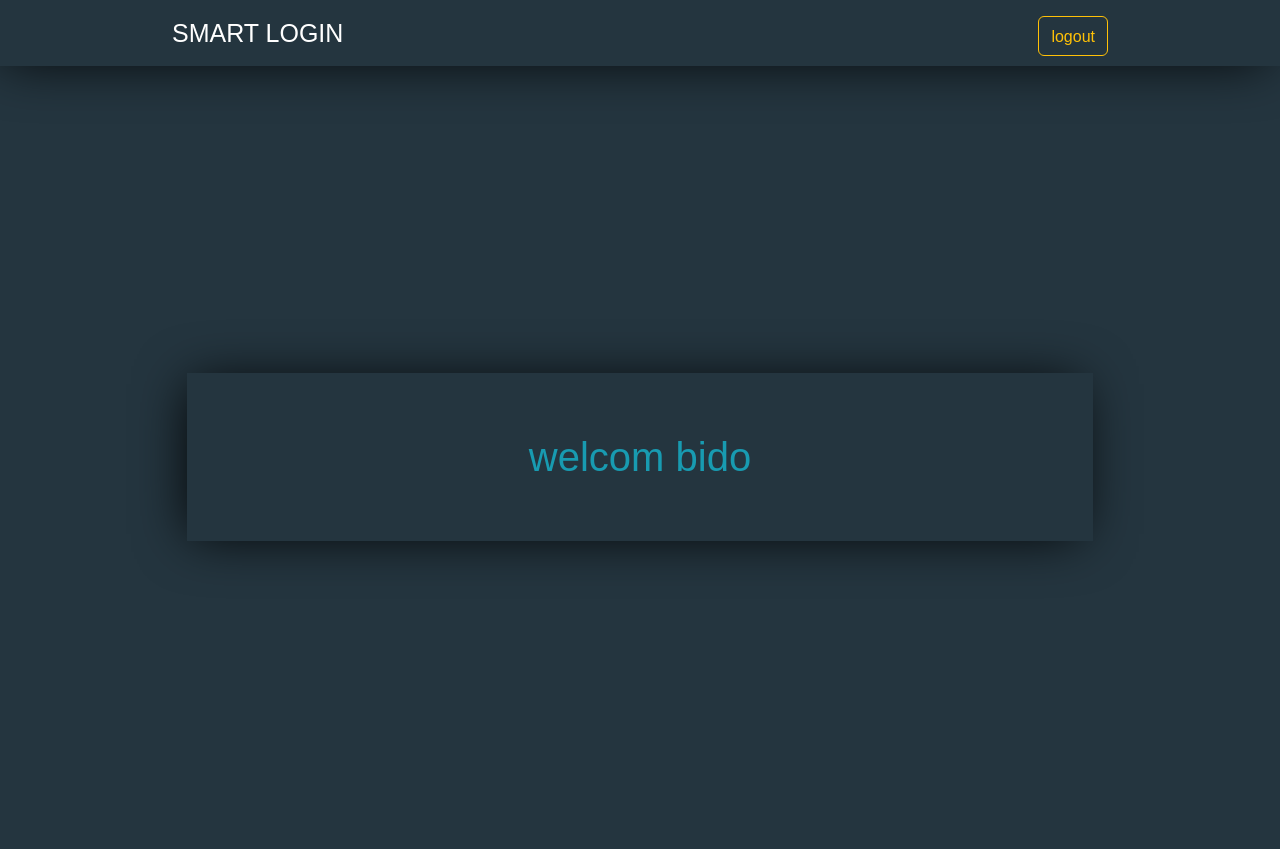
Repository: bodajava/TASK-4
Page: theerdIndex.html
These files come from the project's save history. The page is drawn as it stood at one moment and after the next save; the edit follows.
The browser window is 1280 px wide. The pictures show the whole page.

Above is the page before, as saved 2025-06-18 20:36:58.

### theerdIndex.html
<!DOCTYPE html>
<html lang="en">
  <head>
    <link rel="stylesheet" href="CSS/all.min.css" />
    <link rel="stylesheet" href="CSS/bootstrap.css" />
    <link rel="stylesheet" href="CSS/style.css" />
    <meta charset="UTF-8" />
    <meta name="viewport" content="width=device-width, initial-scale=1.0" />
    <title>Document</title>
  </head>
  <body>
    <div id="container" class="container-fluid">
      <nav
        id="nav"
        class="container navbar navbar-expand-lg bg-body-tertiary pt-0 pb-0"
      >
        <div class="container-fluid">
          <a id="margen" class="navbar-brand" href="#">SMART LOGIN</a>

          <button
            class="navbar-toggler"
            type="button"
            data-bs-toggle="collapse"
            data-bs-target="#navbarSupportedContent"
            aria-controls="navbarSupportedContent"
            aria-expanded="false"
            aria-label="Toggle navigation"
          >
            <span class="navbar-toggler-icon"></span>
          </button>

          <div class="collapse navbar-collapse" id="navbarSupportedContent">
            <ul class="navbar-nav ms-auto mb-2 mb-lg-0">
              <li>
                <a
                  class="pt-2 mt-3 btn btn-outline-warning w-100 d-flex align-items-center"
                  href=""
                  >logout</a
                >
              </li>
            </ul>
          </div>
        </div>
      </nav>
    </div>
    <div id="booox" class="group m-auto p-5">
      <h1 id="userName" class="text-center">welcom bido</h1>
    </div>
    <script src="js/bootstrap.bundle.min.js"></script>
    <script src="js/index.js"></script>
  </body>
</html>

### CSS/style.css
* {
  padding: 0;
  margin: 0;
  box-sizing: border-box;
}

body {
  background-color: #24353f;

  font-family: Arial, sans-serif;
}

#item {
  margin-top: 60px;
  margin-left: 390px;
  margin-right: 390px;
  padding-left: 15px;
  padding-right: 15px;
}

#item2 {
  box-shadow: -5px 2px 54px -9px rgba(0, 0, 0, 1);
  margin-left: 138.75px;
  margin-right: 138.75px;
  padding-left: 60px;
  padding-right: 60px;
  padding-top: 60px;
  padding-bottom: 60px;
}

h1 {
  color: #189bb1;
}

.anchor {
  text-decoration: none;
}

.anchor:hover {
  text-decoration: underline;
}

.paragraph {
  font-size: 20px;
  line-height: 30px;
  font-weight: 400;
  color: white;
}

.paragraph a {
  font-size: 20px;
  line-height: 30px;
  font-weight: 400;
  color: white;
}

.form-control {
  background-color: #24353f;
  border: 1px solid white;
  color: #fff;
  border-radius: 5px;
}

.form-control::placeholder {
  color: #a0a0a0;
}

.form-control:focus {
  background-color: #24353f;
  color: #fff;
  border-color: #189bb1;
  outline: none;
  box-shadow: none;
}

.btnn {
  text-decoration: none;
  color: #189bb1;
}

.btnn:hover {
  color: white;
}

#box {
  box-shadow: -5px 2px 54px -9px rgba(0, 0, 0, 1);
}

#nav {
  background-color: #24353f !important;
}

#container {
  box-shadow: -5px 2px 54px -9px rgba(0, 0, 0, 1);
}

#margen {
  margin-left: 90px;
  font-size: 25px;
  line-height: 38px;
  font-weight: 400;
  color: white;
}

ul li {
  margin-right: 90px;
  padding-bottom: 10px;
}

#userName {
  box-shadow: -5px 2px 54px -9px rgba(0, 0, 0, 1);
  padding-left: 60px;
  padding-right: 60px;
  padding-bottom: 60px;
  padding-top: 60px;
  margin-top: 259.375px;
  margin-bottom: 259.375px;
  margin-left: 138.75px;
  margin-right: 138.75px;
}

Loaded but not shown: CSS/all.min.css (library); CSS/bootstrap.css (library); js/bootstrap.bundle.min.js (library); js/index.js (no copy from this time; the picture is the same without it)

After the next save:
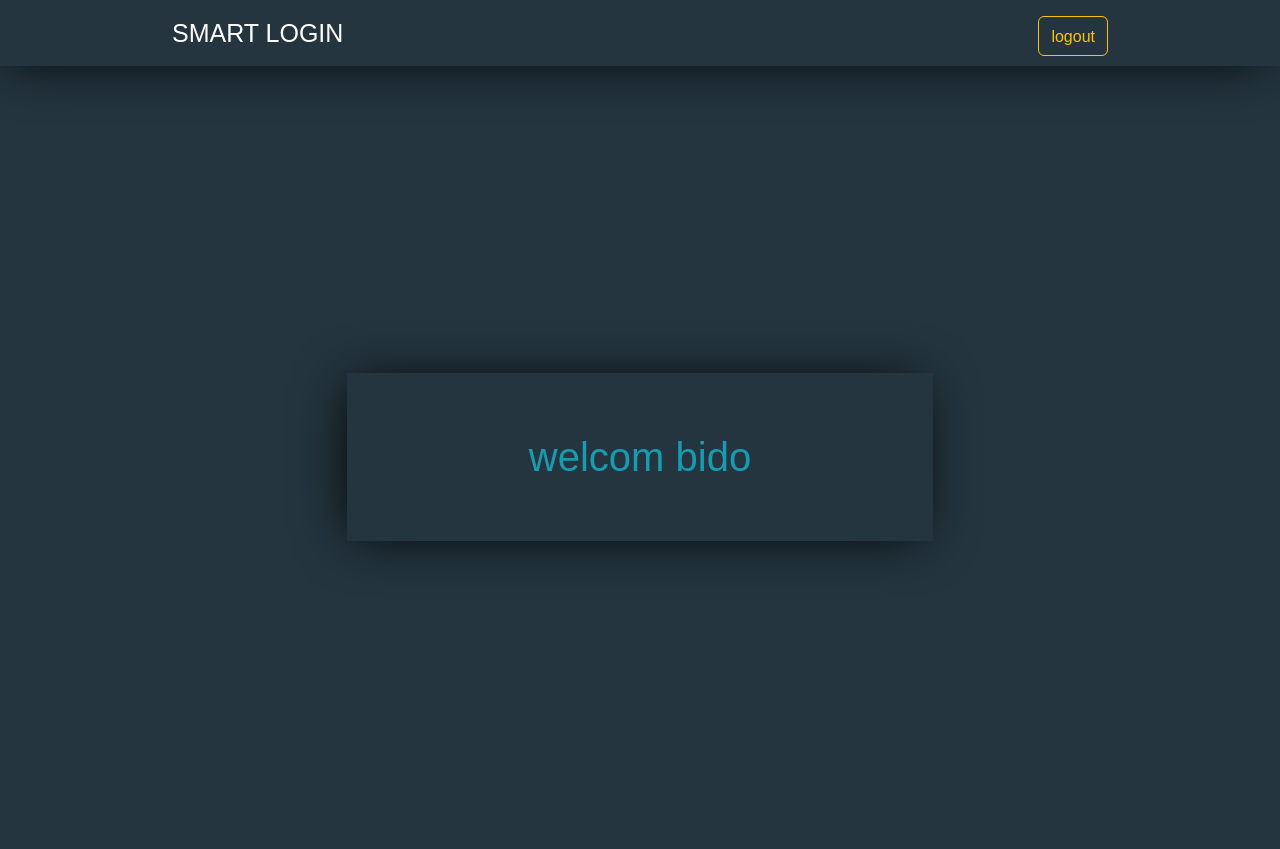
Saved 4 s later.
--- a/theerdIndex.html
+++ b/theerdIndex.html
@@ -43,7 +43,7 @@
         </div>
       </nav>
     </div>
-    <div id="booox" class="group m-auto p-5">
+    <div id="booox" class="group m-auto w-75 p-5">
       <h1 id="userName" class="text-center">welcom bido</h1>
     </div>
     <script src="js/bootstrap.bundle.min.js"></script>
